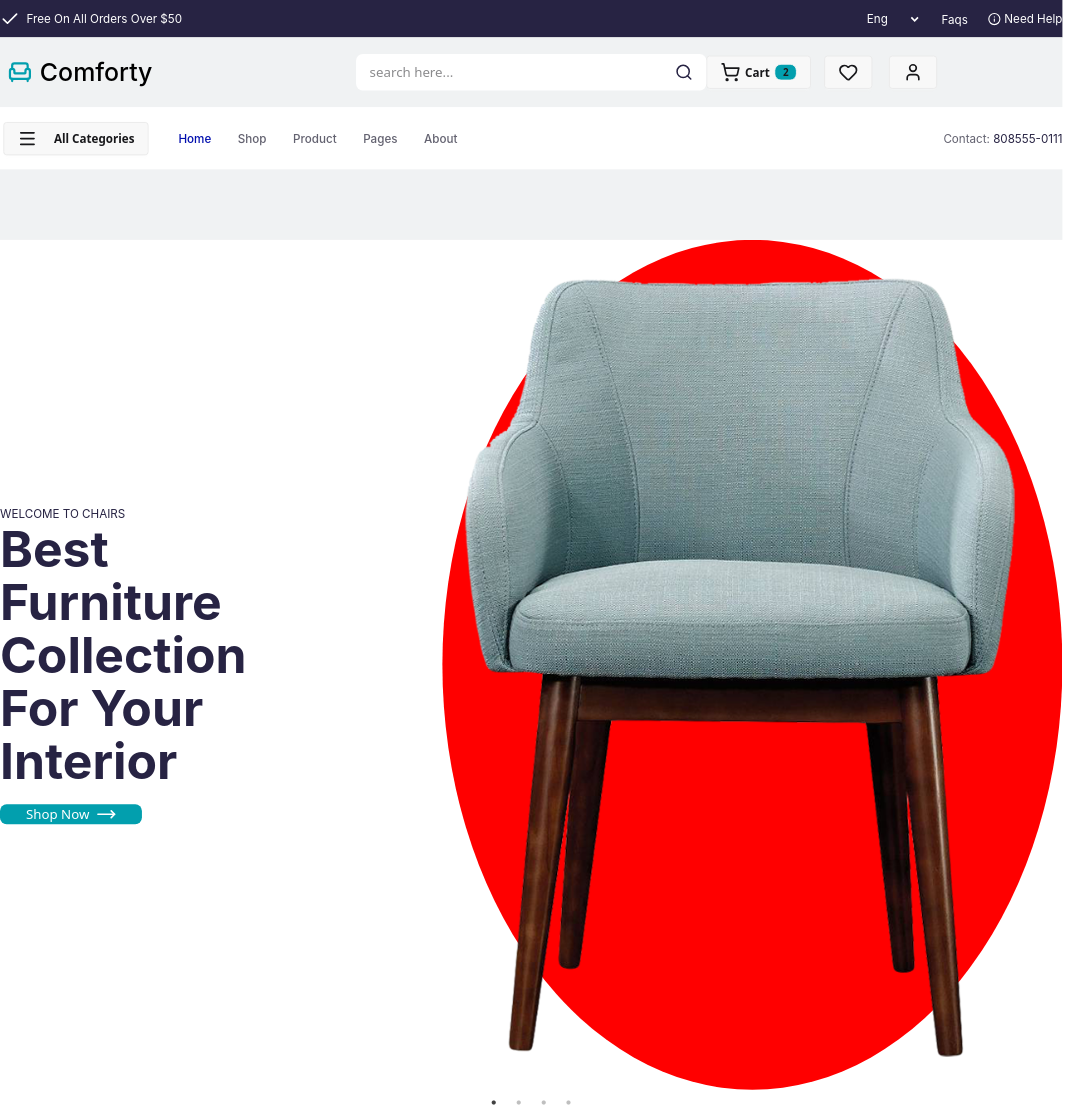
Repository: Neda0o0/store-template-website
Page: /
The author's editor kept a copy of each file at every save. The page is drawn from the files as they stood at one save, then again after the next save.
The browser window is 1280 px wide. The page is 1305 px wide, so the pictures cover 1305 px, including what lies to the right of the window. The pictures show the whole page, at 83% of full size.
The project was rebuilt for these pictures with package versions that can differ from the ones it lists, and the page was loaded fresh each time. Also part of the build but not shown: vite.config.js, src/Pages/Auth/Auth.jsx, src/Pages/Auth/Login/Login.jsx, src/Pages/Auth/Register/Register.jsx, src/Pages/Error/Error.jsx, src/AuthCheck/AuthCheck.jsx.

Above is the page before, as saved 2025-10-21 18:14:10.

After the next save:
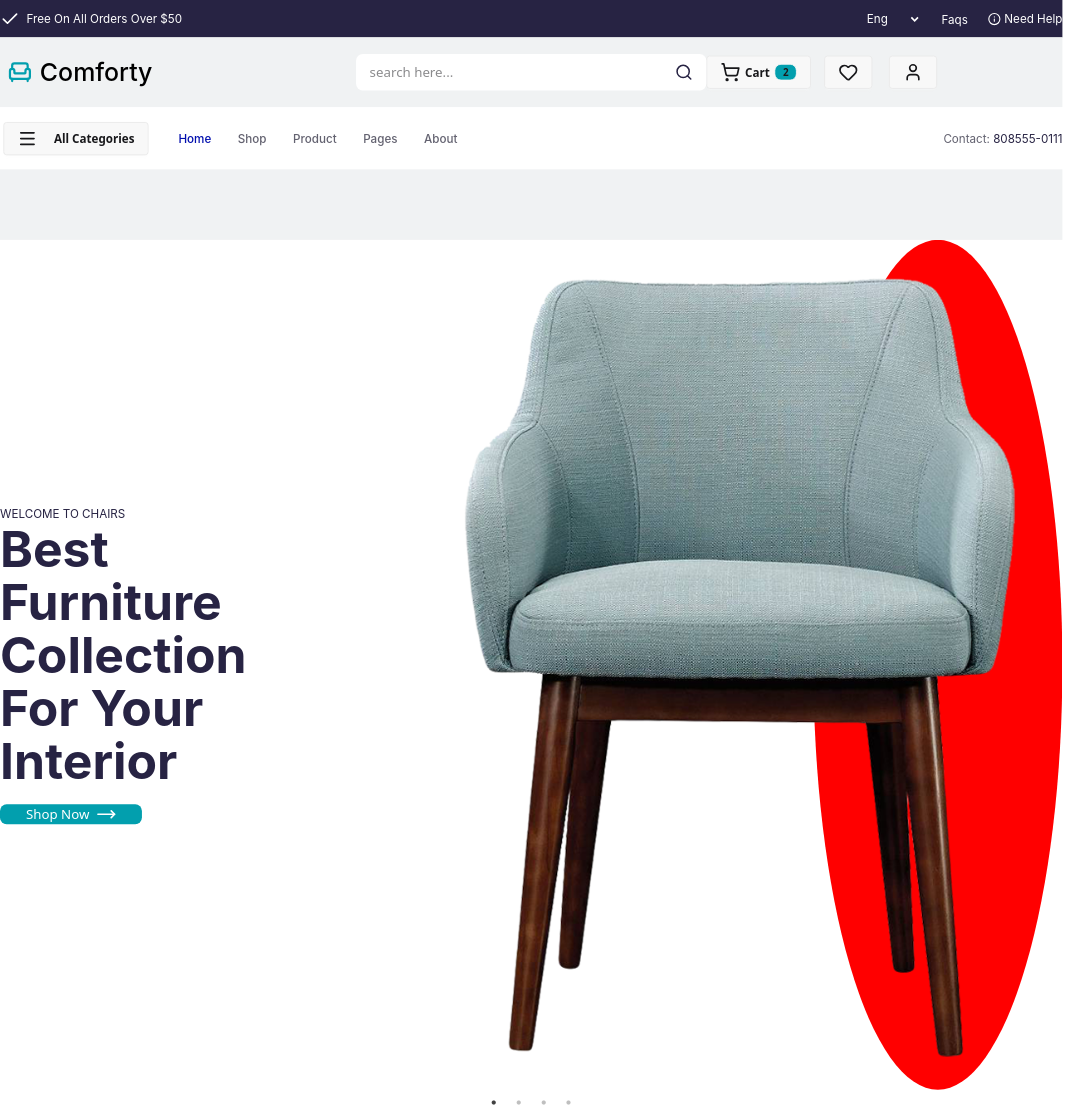
Saved 13 min 51 s later.
--- a/src/index.css
+++ b/src/index.css
@@ -23,7 +23,8 @@
   position: absolute;
   top: 0;
   right: 0;
-  max-width: 747px;
+  /* max-width: 747px; */
+  max-width: 300px;
   width: 100%;
   min-height: 747px;
   height: 100%;
